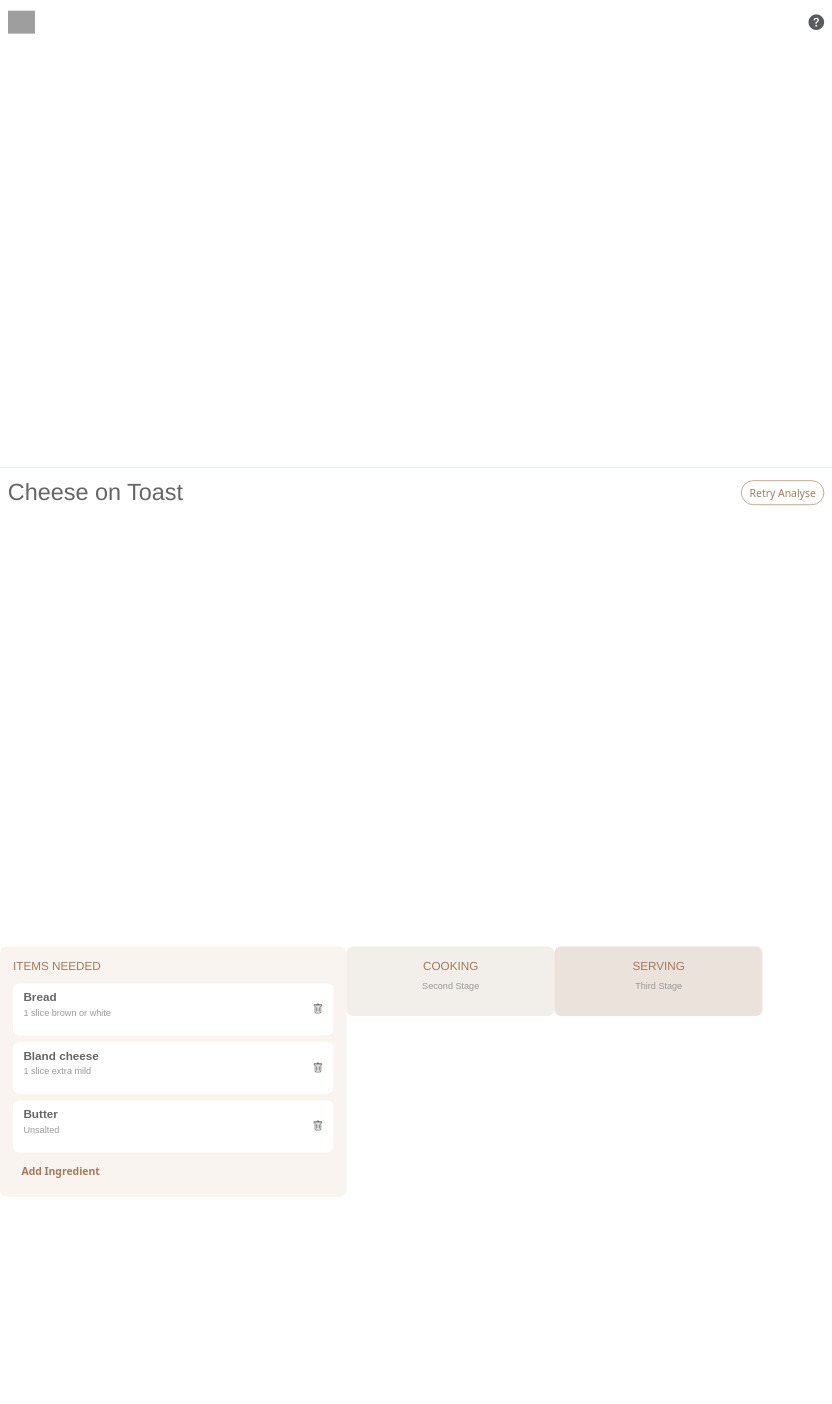
Repository: devashrisamani/SMC
Page: index.html
The author's editor kept a copy of each file at every save. The page is drawn from the files as they stood at one save, then again after the next save.
The browser window is 1280 px wide. The pictures show the whole page, at 65% of full size.
Pictures or frames that could not be fetched are drawn as grey boxes.

Above is the page before, as saved 2024-10-09 15:07:47.

### index.html
<!DOCTYPE html>
<html lang="en">
  <head>
    <meta charset="UTF-8" />
    <meta name="viewport" content="width=device-width, initial-scale=1.0" />
    <link
      href="https://cdn.jsdelivr.net/npm/bootstrap@5.3.0-alpha1/dist/css/bootstrap.min.css"
      rel="stylesheet"
    />
    <link
      href="https://cdn.jsdelivr.net/npm/bootstrap-icons/font/bootstrap-icons.css"
      rel="stylesheet"
    />
    <link rel="stylesheet" href="styles.css" />
    <title>Recipe Page</title>
  </head>
  <body>
    <!-- Header -->
    <header class="container-fluid border-bottom py-3">
      <div class="d-flex justify-content-between align-items-center">
        <!-- Logo -->
        <div>
          <img src="img/logomark.svg" alt="Logo" class="logo" />
        </div>

        <!-- Help Icon -->
        <div>
          <i class="bi bi-question-circle-fill fs-4 text-muted"></i>
        </div>
      </div>
    </header>

    <!-- Title and Retry Button -->
    <section class="container-fluid py-3">
      <div class="d-flex justify-content-between align-items-center">
        <!-- Title -->
        <h1 class="header-title">Cheese on Toast</h1>

        <!-- Retry Button -->
        <button class="btn btn-outline-primary retry-btn">Retry Analyse</button>
      </div>
    </section>

    <!-- Main Content -->
    <section class="container-fluid py-3">
      <div class="row">
        <!-- First Rectangle: Items Needed -->
        <div class="col-md-5 rectangle items-needed">
          <h4 class="items-title">ITEMS NEEDED</h4>

          <!-- Ingredients List -->
          <ul class="list-group ingredients-list">
            <li
              class="list-group-item d-flex justify-content-between align-items-center"
            >
              <div>
                <strong>Bread</strong>
                <p>1 slice brown or white</p>
              </div>
              <i class="bi bi-trash text-muted"></i>
            </li>
            <li
              class="list-group-item d-flex justify-content-between align-items-center"
            >
              <div>
                <strong>Bland cheese</strong>
                <p>1 slice extra mild</p>
              </div>
              <i class="bi bi-trash text-muted"></i>
            </li>
            <li
              class="list-group-item d-flex justify-content-between align-items-center"
            >
              <div>
                <strong>Butter</strong>
                <p>Unsalted</p>
              </div>
              <i class="bi bi-trash text-muted"></i>
            </li>
          </ul>

          <!-- Add Ingredient Button -->
          <button class="btn btn-link add-ingredient">Add Ingredient</button>
        </div>

        <!-- Second Rectangle: Cooking -->
        <div class="col-md-3 rectangle cooking">
          <h5>COOKING</h5>
          <p>Second Stage</p>
        </div>

        <!-- Third Rectangle: Serving -->
        <div class="col-md-3 rectangle serving">
          <h5>SERVING</h5>
          <p>Third Stage</p>
        </div>
      </div>
    </section>

    <script src="https://cdn.jsdelivr.net/npm/bootstrap@5.3.0-alpha1/dist/js/bootstrap.bundle.min.js"></script>
  </body>
</html>

### styles.css
/* Custom styles for the header */
.logo {
  width: 42px;
  height: 36px;
}

.bi-question-circle-fill {
  color: #a27b5c;
}

.border-bottom {
  border-color: #eee;
}

/* Title Section */
.header-title {
  font-family: "Calistoga-Regular", Helvetica, sans-serif;
  color: #666666;
  font-size: 36px;
  margin: 0;
}

.retry-btn {
  border-color: #a27b5c;
  color: #a27b5c;
  border-radius: 20px;
}

.retry-btn:hover {
  background-color: #a27b5c;
  color: #fff;
}

/* Ensuring the three rectangles stretch to the bottom */
.container-fluid {
  height: 100vh; /* Make the entire container take up the full viewport height */
}

.rectangle {
  background-color: #f7f3ef;
  padding: 20px;
  height: 100%; /* Fill available height */
  border-radius: 10px;
  margin-bottom: 10px;
}

.items-needed {
  background-color: #f9f4ef;
}

.cooking {
  background-color: #f2eee9;
  text-align: center;
}

.serving {
  background-color: #eae2db;
  text-align: center;
}

/* Title and Text Styles */
.items-title {
  font-family: "Calistoga-Regular", Helvetica, sans-serif;
  color: #a27b5c;
  font-size: 18px;
  margin-bottom: 15px;
}

.ingredients-list .list-group-item {
  border: none;
  border-radius: 10px;
  background-color: #fff;
  margin-bottom: 10px;
  font-family: "DM Sans", sans-serif;
}

.ingredients-list .list-group-item strong {
  font-size: 18px;
  color: #666666;
}

.ingredients-list .list-group-item p {
  font-size: 14px;
  color: #999999;
}

.add-ingredient {
  color: #a27b5c;
  font-weight: bold;
  text-decoration: none;
}

.cooking h5,
.serving h5 {
  font-family: "Calistoga-Regular", Helvetica, sans-serif;
  font-size: 18px;
  color: #a27b5c;
}

.cooking p,
.serving p {
  font-family: "DM Sans", sans-serif;
  font-size: 14px;
  color: #999999;
}

After the next save:
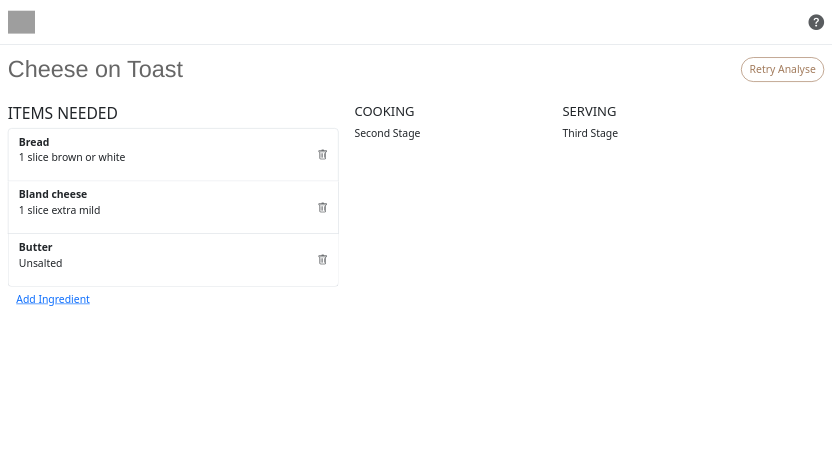
Saved 50 s later.
--- a/styles.css
+++ b/styles.css
@@ -30,76 +30,3 @@
   background-color: #a27b5c;
   color: #fff;
 }
-
-/* Ensuring the three rectangles stretch to the bottom */
-.container-fluid {
-  height: 100vh; /* Make the entire container take up the full viewport height */
-}
-
-.rectangle {
-  background-color: #f7f3ef;
-  padding: 20px;
-  height: 100%; /* Fill available height */
-  border-radius: 10px;
-  margin-bottom: 10px;
-}
-
-.items-needed {
-  background-color: #f9f4ef;
-}
-
-.cooking {
-  background-color: #f2eee9;
-  text-align: center;
-}
-
-.serving {
-  background-color: #eae2db;
-  text-align: center;
-}
-
-/* Title and Text Styles */
-.items-title {
-  font-family: "Calistoga-Regular", Helvetica, sans-serif;
-  color: #a27b5c;
-  font-size: 18px;
-  margin-bottom: 15px;
-}
-
-.ingredients-list .list-group-item {
-  border: none;
-  border-radius: 10px;
-  background-color: #fff;
-  margin-bottom: 10px;
-  font-family: "DM Sans", sans-serif;
-}
-
-.ingredients-list .list-group-item strong {
-  font-size: 18px;
-  color: #666666;
-}
-
-.ingredients-list .list-group-item p {
-  font-size: 14px;
-  color: #999999;
-}
-
-.add-ingredient {
-  color: #a27b5c;
-  font-weight: bold;
-  text-decoration: none;
-}
-
-.cooking h5,
-.serving h5 {
-  font-family: "Calistoga-Regular", Helvetica, sans-serif;
-  font-size: 18px;
-  color: #a27b5c;
-}
-
-.cooking p,
-.serving p {
-  font-family: "DM Sans", sans-serif;
-  font-size: 14px;
-  color: #999999;
-}
